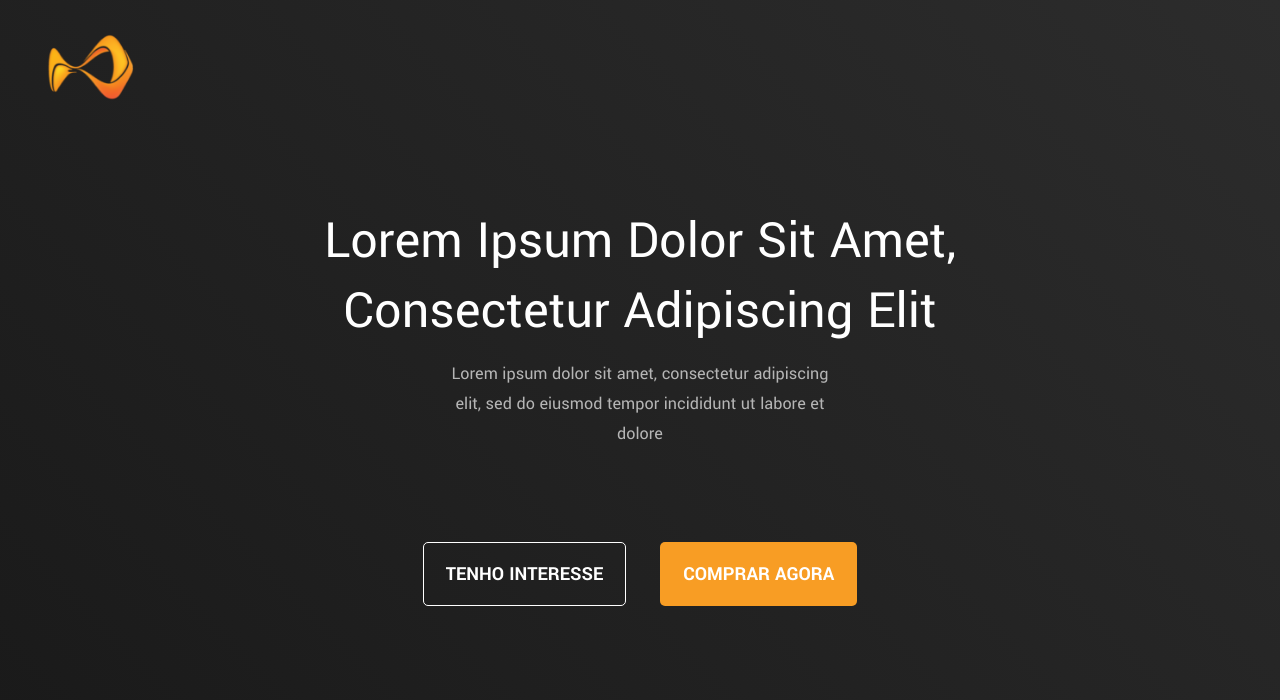
Repository: Rafael-Araujo-dev/Treinamento-Raccoon
Page: Projeto-2/index.html
These files come from the project's save history. The page is drawn as it stood at one moment and after the next save; the edit follows.
The browser window is 1280 px wide. The pictures show the whole page.

Above is the page before, as saved 2021-09-23 07:35:25.

### Projeto-2/index.html
<!DOCTYPE html>
<html>
    <head>
        <title></title>
        <meta charset="utf-8"/>
        <meta name="viewport" content="width=device-width,initial-scale=1.0,maximum-scale=1.0">
        <link rel="preconnect" href="https://fonts.googleapis.com">
        <link rel="preconnect" href="https://fonts.gstatic.com" crossorigin>
        <link href="https://fonts.googleapis.com/css2?family=Yantramanav:wght@300;400;700&display=swap" rel="stylesheet">
        <link rel="stylesheet" href="css/style.css"/>
    </head>
    <body>
        <section class="hero-section">
            <div class="hero-header">
                <img class="logo" src="images/LOGOSYNAPSE_simbolo_laranja.png"/>
            </div>
            <div class="hero-container">
                <div class="hero-title">
                    Lorem ipsum dolor sit amet, consectetur adipiscing elit
                </div>
                <div class="hero-text">
                    Lorem ipsum dolor sit amet, consectetur adipiscing elit, sed do eiusmod tempor incididunt ut labore et dolore
                </div>
            </div>
            <div class="hero-btn-group">
                <button class="btn secondary">
                    Tenho interesse
                </button>
                <button class="btn primary">
                    Comprar agora
                </button>
            </div>
        </section>

        <section class="course-summary">

        </section>

    </body>
</html>

### Projeto-2/css/style.css
* {
    margin: 0;
    padding: 0;
    box-sizing: border-box;
    font-family: 'Yantramanav', sans-serif;
}

.btn {
    font-size: 20px;
    text-transform: uppercase;
    padding: 18px 22px;
    margin: 0px 15px 24px 15px;
    font-weight: bold;
}

@media (max-width: 890px) {
    .btn {
        font-size: 20px;
    }
}

@media (max-width: 645px) {
    .btn {
        font-size: 17px;
    }
}

@media (max-width: 500px) {
    .btn {
        font-size: 16px;
    }
}

.btn.primary {
    background-color: #F89D24;
    border: 1px solid transparent;
    border-radius: 5px;
    color: #FFF;
}

.btn.secondary {
    background-color: transparent;
    border: 1px solid #FFF;
    border-radius: 5px;
    color: #FFF;
}

.hero-section {
    background: rgb(26,26,26);
    background: linear-gradient(45deg, rgba(26,26,26,1) 0%, rgba(44,44,44,1) 100%);
    min-height: 100vh;
    display: flex;
    flex-direction: column;
    justify-content: space-around;
}

.hero-header .logo {
    margin-left: 3.15%;
    margin-top: 2%;
    width: 12.1%;
    max-width: 100px;
}

.hero-container {
    position: relative;
    margin: auto;
    width: 50%;
    display: flex;
    flex-direction: column;
    flex-wrap: wrap;
}

@media (max-width: 1240px) {
    .hero-container {
        width: 60%;
    }
}

@media (max-width: 1028px) {
    .hero-container {
        width: 70%;
    }
}

@media (max-width: 890px) {
    .hero-container {
        width: 80%;
    }
}

.hero-title, .hero-text {
    color: #FFFFFF;
    text-align: center;
}

.hero-title {
    font-size: 54px;
    /* margin-top: 15.5vh; */
    text-transform: capitalize;
}

@media (max-width: 890px) {
    .hero-title {
        /* margin-top: 14%; */
        font-size: 45px;
    }
}

@media (max-width: 645px) {
    .hero-title {
        /* margin-top: 8%; */
        font-size: 40.5px;
    }
}

@media (max-width: 500px) {
    .hero-title {
        /* margin-top: 0%; */
    }
}

.hero-text {
    color: #B5B5B5;
    font-size: 18px;
    width: 60%;
    margin-top: 1.8vh;
    line-height: 30px;
    align-self: center;
}

@media (max-width: 1024px) {
    .hero-text {
        width: 80%;
    }
}

@media (max-width: 890px) {
    .hero-text {

        font-size: 15px;
        width: 50%;
    }
}

@media (max-width: 645px) {
    .hero-text {

        font-size: 13.5px;
        width: 80%;
    }
}

@media (max-width: 500px) {
    .hero-text {
        /* margin-top: 5%; */
        width: 100%;
    }
}

.hero-btn-group {
    margin-bottom: 12.5vh;
    text-align: center;

}

After the next save:
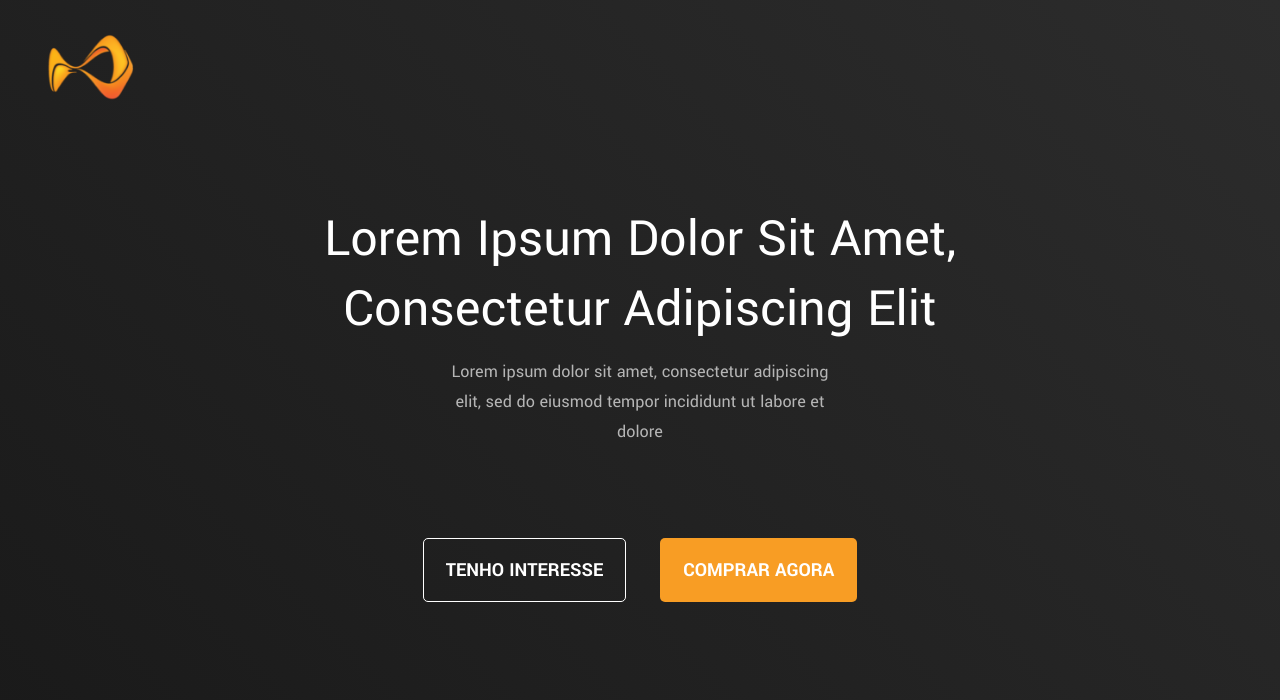
Saved 17 s later.
--- a/Projeto-2/css/style.css
+++ b/Projeto-2/css/style.css
@@ -158,7 +158,7 @@
 }
 
 .hero-btn-group {
-    margin-bottom: 12.5vh;
+    margin-bottom: 13vh;
     text-align: center;
 
 }
